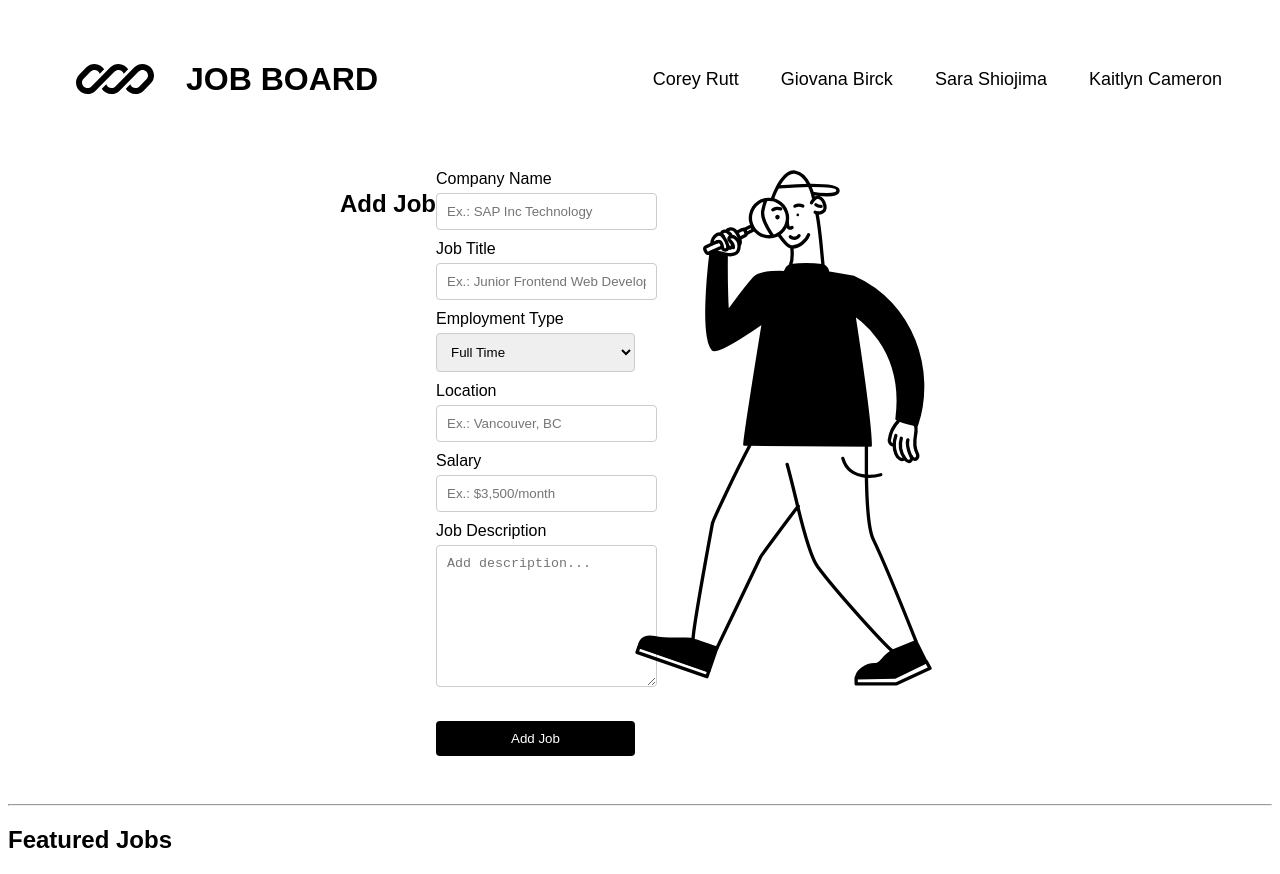
Repository: kcameron37/Final-Project-FrontEnd
Page: /
The author's editor kept a copy of each file at every save. The page is drawn from the files as they stood at one save, then again after a run of saves.
The browser window is 1280 px wide. The pictures show the whole page.
The project was rebuilt for these pictures with package versions that can differ from the ones it lists, and the page was loaded fresh each time.

Above is the page before, as saved 2023-11-14 20:22:54.

After the next 2 saves:
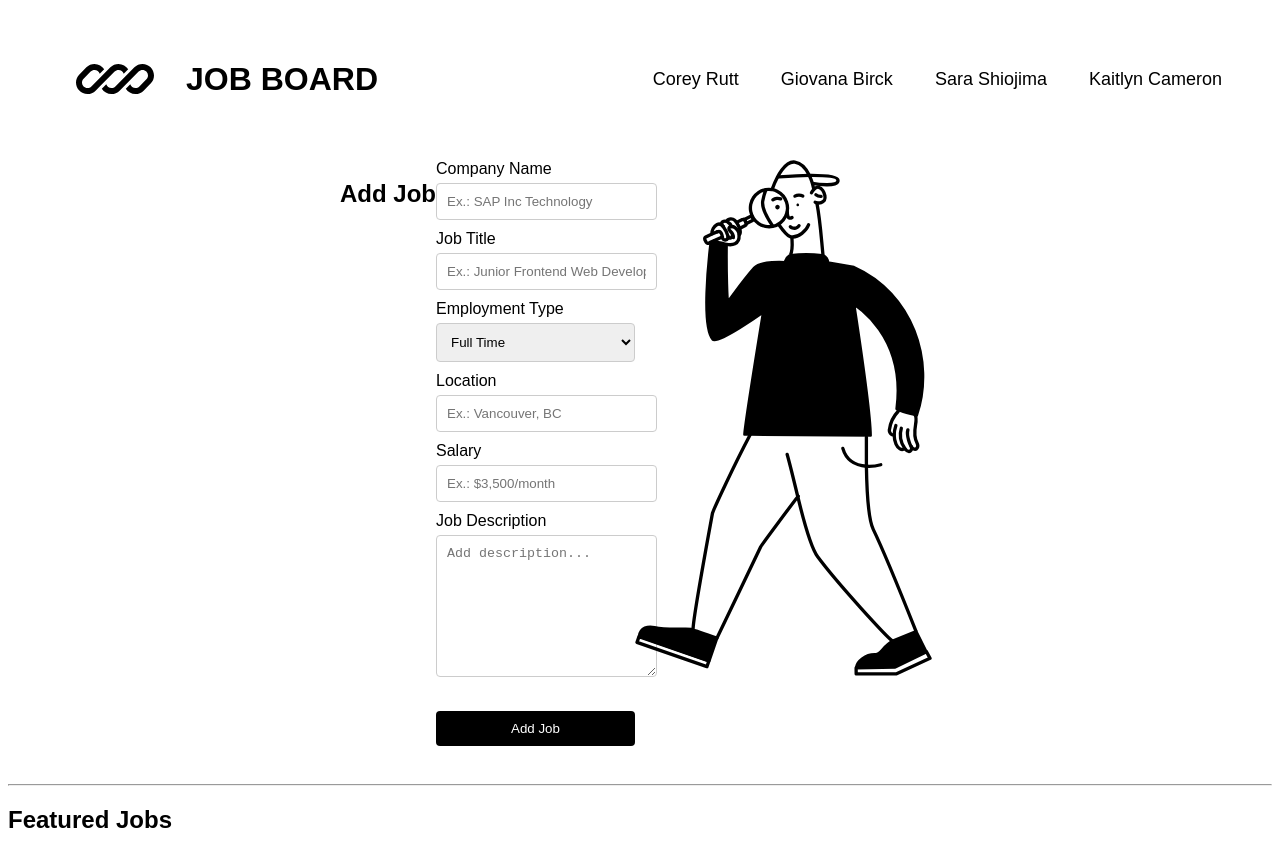
The 2 saves are shown as one change because they came seconds apart.
The last was saved 7 s later.
--- a/src/components/addJob.module.css
+++ b/src/components/addJob.module.css
@@ -1,8 +1,8 @@
 .formContainer {
     display: flex;
     max-width: 600px;
-    margin: auto; /* Center the form in the middle of the page */
-    padding: 20px;
+    margin: auto;
+    padding: 10px;
   }
 
   .formContainer h2 {
